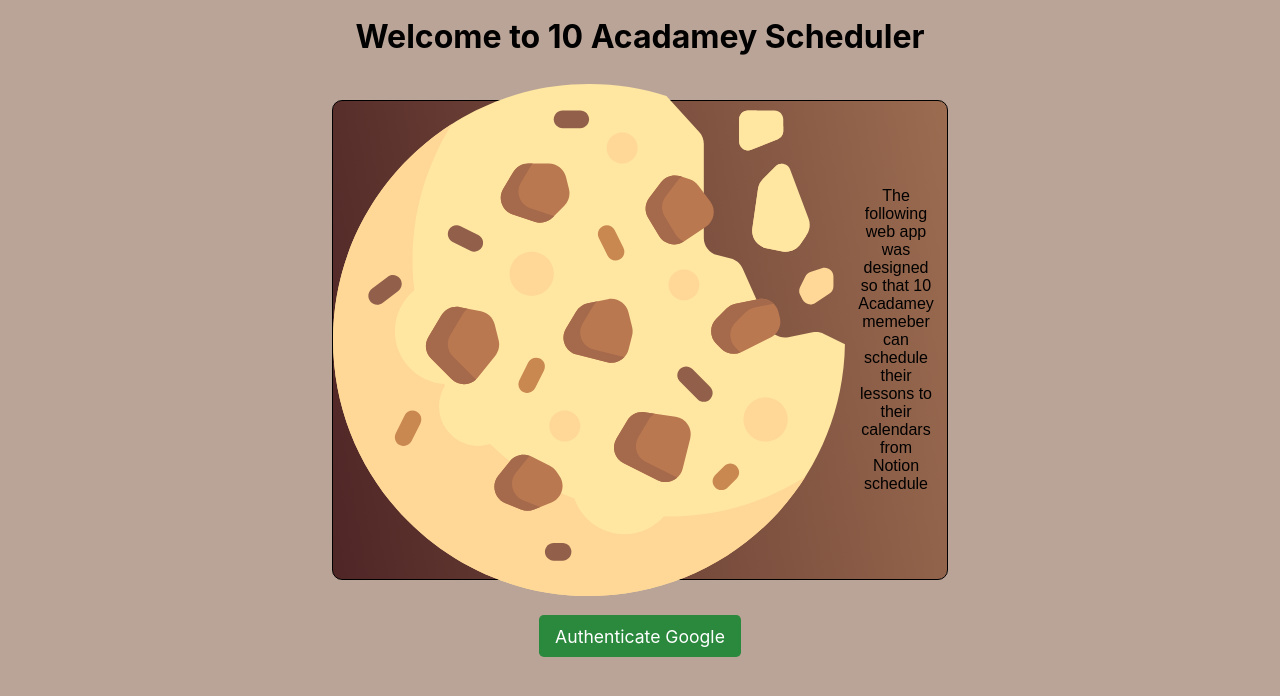
Repository: nebilarega/calendar-extractor
Page: / (app in frontend/)
An editor plug-in stored every save of this project. The page is shown before and after the next save, followed by the edit.
The browser window is 1280 px wide. The pictures show the whole page.
The project was rebuilt for these pictures with package versions that can differ from the ones it lists, and the page was loaded fresh each time.

Above is the page before, as saved 2022-08-24 23:52:51.

### frontend/src/App.js
import "./App.css";
import { GoogleOAuthProvider } from "@react-oauth/google";
import { GoogleLogin } from "@react-oauth/google";
import { useState } from "react";
import axios from "axios";

import LandingPage from "./component/LandingPage";

const sampleData = {
  submmary: "Nebil this is a new event",
  description: "A chance to hear more about Google's developer products.",
  location: "800 Howard St., San Francisco, CA 94103",
  start: "August 23, 2022 8:00 AM UTC",
  end: "August 23, 2022 9:00 AM UTC",
  hangoutLink: "meet.google.com/ysb-kjdn-hpp",
};
const App = () => {
  let url;
  const [disabled, setDisabled] = useState(false);
  const responseGoogle = (response) => {
    const code = response;
    axios
      .post("/api/create-tokens", code)
      .then((response) => {
        console.log("response", response.data);
      })
      .catch((error) => {
        console.log(error);
      });
  };
  const responseError = (response) => {
    console.log(response);
  };
  const getUrl = () => {
    axios.get("/api/create-token-v2").then((response) => {
      url = response.data.url;
      if (url) {
        setDisabled(true);
      }
      window.open(url, "_blank");
    });
  };
  const handleClick = () => {
    axios.post("/api/create-events", sampleData).then((response) => {
      console.log("response", response.data);
    });
  };
  return (
    <div className="App" style={{ height: "100vh" }}>
      <LandingPage
        disabled={disabled}
        getUrl={getUrl}
        handleClick={handleClick}
      ></LandingPage>
    </div>
  );
};

export default App;

### frontend/src/App.css
.App {
  text-align: center;
}

.App-logo {
  height: 40vmin;
  pointer-events: none;
}

@media (prefers-reduced-motion: no-preference) {
  .App-logo {
    animation: App-logo-spin infinite 20s linear;
  }
}

.App-header {
  background-color: #282c34;
  min-height: 100vh;
  display: flex;
  flex-direction: column;
  align-items: center;
  justify-content: center;
  font-size: calc(10px + 2vmin);
  color: white;
}

.App-link {
  color: #61dafb;
}

@keyframes App-logo-spin {
  from {
    transform: rotate(0deg);
  }
  to {
    transform: rotate(360deg);
  }
}
.center {
  display: flex;
  justify-content: center;
  align-items: center;
}
.academy {
  width: 100%;
  height: 50vh;
  border-radius: 10px;
  display: flex;
  flex-direction: column;
  justify-content: space-between;
  align-items: center;
  /* margin-left: 10%; */
  /* margin-right: 10%; */
}
.academy-calendar {
  margin-top: 20%;
  font-size: 30px;
}

### frontend/src/component/LandingPage.js
import "../css/landing.css";

const LandingPage = ({ disabled, handleClick, getUrl }) => {
  return (
    <div className="main">
      <header className="header">
        <span className="title"> Welcome to 10 Acadamey Scheduler</span>
      </header>
      <main className="body">
        <div className="card">
          <div className="cookie__container">
            <svg
              width="512"
              height="512"
              viewBox="0 0 512 512"
              fill="none"
              xmlns="http://www.w3.org/2000/svg"
            >
              <g id="cookies-svgrepo-com 1" clip-path="url(#clip0_1_4)">
                <g id="crumbs">
                  <g id="Group">
                    <path
                      id="Vector"
                      d="M469.253 151.699L453.086 148.466C443.898 146.628 437.746 137.932 439.071 128.657L444.704 89.224C445.207 85.707 446.847 82.495 449.233 79.881C446.837 79.76 444.377 80.531 442.464 82.443L429.991 94.915C427.29 97.616 425.537 101.121 424.998 104.902L419.365 144.335C418.04 153.612 424.193 162.307 433.38 164.144L449.547 167.377C456.562 168.779 463.731 165.811 467.7 159.858L473.019 151.88C471.767 151.905 470.514 151.952 469.253 151.699Z"
                      fill="#FFD796"
                    />
                    <path
                      id="Vector_2"
                      d="M435.885 48.122C430.086 50.441 423.779 46.171 423.779 39.926V26.482H414.951C410.076 26.482 406.123 30.435 406.123 35.31V57.582C406.123 63.828 412.43 68.098 418.229 65.778L444.712 55.185C448.063 53.844 450.261 50.599 450.261 46.989V42.372L435.885 48.122Z"
                      fill="#FFD796"
                    />
                    <path
                      id="Vector_3"
                      d="M472.318 192.523L467.1 202.959C465.858 205.444 465.858 208.369 467.1 210.854L469.481 215.618C471.856 220.367 477.855 221.961 482.273 219.016L496.504 209.529C498.96 207.891 500.435 205.135 500.435 202.184V192.673C500.435 186.648 494.532 182.393 488.816 184.299L477.421 188.097C475.201 188.836 473.365 190.428 472.318 192.523Z"
                      fill="#FFD796"
                    />
                  </g>
                  <g id="Group_2">
                    <path
                      id="Vector_4"
                      d="M406.124 35.31V57.582C406.124 63.828 412.431 68.098 418.23 65.778L444.713 55.185C448.064 53.844 450.262 50.598 450.262 46.989V35.31C450.262 30.435 446.309 26.482 441.434 26.482H414.951C410.077 26.482 406.124 30.435 406.124 35.31Z"
                      fill="#FFE6A1"
                    />
                    <path
                      id="Vector_5"
                      d="M424.997 104.904L419.364 144.338C418.039 153.614 424.192 162.31 433.379 164.147L449.546 167.38C456.562 168.784 463.73 165.814 467.699 159.861L473.779 150.741C476.928 146.016 477.614 140.065 475.62 134.749L457.203 85.638C454.912 79.53 447.077 77.833 442.464 82.446L429.992 94.917C427.29 97.618 425.538 101.123 424.997 104.904Z"
                      fill="#FFE6A1"
                    />
                  </g>
                </g>
                <g id="cookie">
                  <path
                    id="Vector_6"
                    d="M479.632 248.36L455.291 253.228C447.191 254.848 439.05 250.635 435.695 243.086L409.622 184.42C407.415 179.453 403.043 175.781 397.771 174.462L384.188 171.067C376.328 169.102 370.815 162.041 370.815 153.939V59.803C370.815 55.404 369.172 51.163 366.209 47.911L333.415 11.925C303.848 2.562 271.976 -1.615 238.84 0.567C111.485 8.957 8.31599 112.557 0.544988 239.95C-8.52201 388.608 109.356 512 256.055 512C395.978 512 509.609 399.725 511.945 260.359L490.991 249.882C487.479 248.125 483.482 247.59 479.632 248.36Z"
                    fill="#FFE6A1"
                  />
                  <g id="Group_3">
                    <path
                      id="Vector_7"
                      d="M335.503 432.551C333.949 432.551 332.418 432.462 330.871 432.434C321.171 443.315 307.089 450.206 291.365 450.206C268.205 450.206 248.569 435.316 241.372 414.608C209.693 402.071 181.119 383.419 157.105 360.071C153.472 361.166 149.699 361.93 145.709 361.93C123.77 361.93 105.985 344.145 105.985 322.206C105.985 314.544 108.257 307.453 112.015 301.385C111.746 300.904 111.459 300.437 111.192 299.954C83.637 298.086 61.848 275.201 61.848 247.172C61.848 230.653 69.414 215.908 81.265 206.194C80.142 196.463 79.503 186.585 79.503 176.551C79.503 126.202 94.097 79.289 119.2 39.697C47.614 85.085 0.0549927 164.964 0.0549927 256C0.0549927 397.385 114.67 512 256.055 512C347.091 512 426.969 464.441 472.358 392.855C432.766 417.958 385.853 432.551 335.503 432.551Z"
                      fill="#FFD796"
                    />
                    <path
                      id="Vector_8"
                      d="M198.676 211.862C210.864 211.862 220.745 201.981 220.745 189.793C220.745 177.605 210.864 167.724 198.676 167.724C186.488 167.724 176.607 177.605 176.607 189.793C176.607 201.981 186.488 211.862 198.676 211.862Z"
                      fill="#FFD796"
                    />
                    <path
                      id="Vector_9"
                      d="M432.607 357.517C444.795 357.517 454.676 347.636 454.676 335.448C454.676 323.26 444.795 313.379 432.607 313.379C420.419 313.379 410.538 323.26 410.538 335.448C410.538 347.636 420.419 357.517 432.607 357.517Z"
                      fill="#FFD796"
                    />
                    <path
                      id="Vector_10"
                      d="M231.779 357.517C240.311 357.517 247.227 350.601 247.227 342.069C247.227 333.537 240.311 326.621 231.779 326.621C223.247 326.621 216.331 333.537 216.331 342.069C216.331 350.601 223.247 357.517 231.779 357.517Z"
                      fill="#FFD796"
                    />
                    <path
                      id="Vector_11"
                      d="M350.952 216.275C359.484 216.275 366.4 209.359 366.4 200.827C366.4 192.295 359.484 185.379 350.952 185.379C342.42 185.379 335.504 192.295 335.504 200.827C335.504 209.359 342.42 216.275 350.952 216.275Z"
                      fill="#FFD796"
                    />
                    <path
                      id="Vector_12"
                      d="M289.159 79.448C297.691 79.448 304.607 72.5317 304.607 64C304.607 55.4683 297.691 48.552 289.159 48.552C280.627 48.552 273.711 55.4683 273.711 64C273.711 72.5317 280.627 79.448 289.159 79.448Z"
                      fill="#FFD796"
                    />
                  </g>
                  <g id="Group_4">
                    <path
                      id="Vector_13"
                      d="M243.209 227.386L233.004 244.395C226.904 254.561 232.36 267.731 243.861 270.606L274.237 278.2C283.697 280.565 293.283 274.814 295.647 265.354L299.122 251.454C299.825 248.642 299.825 245.702 299.122 242.89L295.448 228.193C293.163 219.05 284.099 213.314 274.858 215.162L254.886 219.156C250.008 220.133 245.769 223.121 243.209 227.386Z"
                      fill="#B97850"
                    />
                    <path
                      id="Vector_14"
                      d="M294.162 336.673L283.519 354.411C278.228 363.23 281.564 374.687 290.762 379.286L324.644 396.227C334.746 401.279 346.928 395.675 349.668 384.718L353.158 370.758L357.237 354.439C359.776 344.283 352.97 334.16 342.605 332.679L311.796 328.277C304.766 327.273 297.816 330.582 294.162 336.673Z"
                      fill="#B97850"
                    />
                    <path
                      id="Vector_15"
                      d="M108.413 231.358L95.424 253.007C91.256 259.954 92.351 268.846 98.079 274.575L118.521 295.018C125.962 302.459 138.218 301.78 144.792 293.563L162.317 271.656C165.759 267.354 166.995 261.691 165.658 256.345L161.661 240.357C160.006 233.737 154.686 228.665 147.996 227.326L127.014 223.13C119.698 221.666 112.252 224.96 108.413 231.358Z"
                      fill="#B97850"
                    />
                    <path
                      id="Vector_16"
                      d="M180.291 88.019L170.275 104.713C164.464 114.398 169.116 126.974 179.831 130.546L201.566 137.791C207.91 139.905 214.904 138.254 219.633 133.526L231.332 121.827C235.717 117.442 237.48 111.077 235.976 105.061L232.916 92.822C230.951 84.961 223.889 79.447 215.787 79.447H195.429C189.229 79.448 183.482 82.702 180.291 88.019Z"
                      fill="#B97850"
                    />
                    <path
                      id="Vector_17"
                      d="M393.516 224.47L383.297 234.689C376.403 241.583 376.403 252.762 383.297 259.657L388.298 264.658C393.672 270.032 401.88 271.364 408.678 267.965L437.595 253.507C444.996 249.806 448.835 241.462 446.828 233.434L445.518 228.195C443.233 219.052 434.169 213.316 424.928 215.164L402.539 219.642C399.12 220.324 395.981 222.005 393.516 224.47Z"
                      fill="#B97850"
                    />
                    <path
                      id="Vector_18"
                      d="M327.869 98.456L316.144 114.09C311.837 119.832 311.436 127.612 315.129 133.767L325.978 151.848C331.164 160.492 342.523 163.046 350.91 157.455L372.94 142.768C381.374 137.146 383.352 125.593 377.271 117.485L365.295 101.517C363.14 98.644 360.161 96.496 356.754 95.361L347.576 92.301C340.366 89.896 332.428 92.376 327.869 98.456Z"
                      fill="#B97850"
                    />
                    <path
                      id="Vector_19"
                      d="M176.789 377.385L165.261 391.795C157.86 401.046 161.491 414.816 172.491 419.217L187.976 425.411C192.186 427.095 196.881 427.095 201.09 425.411L218.468 418.459C228.88 414.295 232.822 401.604 226.602 392.273L223.617 387.796C221.912 385.239 219.571 383.173 216.823 381.798L198.473 372.623C191.024 368.9 181.989 370.885 176.789 377.385Z"
                      fill="#B97850"
                    />
                  </g>
                  <g id="Group_5">
                    <path
                      id="Vector_20"
                      d="M140.428 292.921L119.986 272.479C114.258 266.751 113.162 257.858 117.331 250.912L130.32 229.263C131.428 227.417 132.892 225.918 134.511 224.63L127.015 223.132C119.699 221.669 112.252 224.963 108.413 231.36L95.424 253.009C91.256 259.956 92.351 268.848 98.079 274.577L118.521 295.019C125.418 301.916 136.396 301.75 143.206 295.158C142.23 294.511 141.29 293.784 140.428 292.921Z"
                      fill="#A5694B"
                    />
                    <path
                      id="Vector_21"
                      d="M219.248 131.506L197.513 124.262C186.799 120.69 182.145 108.114 187.957 98.429L197.973 81.735C198.482 80.885 199.155 80.186 199.786 79.448H195.428C189.227 79.448 183.48 82.702 180.289 88.02L170.273 104.713C164.461 114.398 169.113 126.974 179.829 130.546L201.564 137.791C207.908 139.905 214.902 138.254 219.631 133.526L221.276 131.881C220.6 131.741 219.914 131.728 219.248 131.506Z"
                      fill="#A5694B"
                    />
                    <path
                      id="Vector_22"
                      d="M290.988 273.124L260.612 265.53C249.11 262.654 243.654 249.485 249.755 239.319L259.96 222.31C261.175 220.285 262.789 218.576 264.65 217.205L254.886 219.158C250.009 220.133 245.768 223.122 243.209 227.388L233.004 244.397C226.904 254.563 232.36 267.733 243.861 270.608L274.237 278.202C280.636 279.802 287.036 277.63 291.275 273.167C291.179 273.143 291.084 273.148 290.988 273.124Z"
                      fill="#A5694B"
                    />
                    <path
                      id="Vector_23"
                      d="M342.469 150.321L331.62 132.24C327.927 126.085 328.328 118.307 332.635 112.563L344.36 96.93C345.644 95.217 347.238 93.875 348.966 92.762L347.575 92.299C340.365 89.896 332.427 92.376 327.867 98.455L316.143 114.088C311.836 119.831 311.435 127.61 315.128 133.765L325.977 151.846C331.146 160.461 342.443 163.016 350.821 157.499C347.464 156.102 344.492 153.692 342.469 150.321Z"
                      fill="#A5694B"
                    />
                    <path
                      id="Vector_24"
                      d="M402.467 263.482C395.572 256.587 395.572 245.409 402.467 238.514L412.686 228.295C415.15 225.831 418.289 224.15 421.708 223.467L440.553 219.698C436.521 215.866 430.764 213.995 424.927 215.163L402.538 219.641C399.12 220.325 395.981 222.005 393.516 224.469L383.297 234.688C376.403 241.583 376.403 252.761 383.297 259.656L388.298 264.657C393.339 269.698 400.839 271.019 407.363 268.38L402.467 263.482Z"
                      fill="#A5694B"
                    />
                    <path
                      id="Vector_25"
                      d="M312.633 377.805C303.435 373.206 300.098 361.749 305.39 352.93L316.033 335.193C317.429 332.868 319.402 331.105 321.578 329.676L311.798 328.279C304.766 327.274 297.817 330.582 294.163 336.673L283.52 354.411C278.229 363.23 281.565 374.687 290.763 379.286L324.645 396.227C331.398 399.604 339.019 398.146 344.188 393.584L312.633 377.805Z"
                      fill="#A5694B"
                    />
                    <path
                      id="Vector_26"
                      d="M205.631 422.46L190.146 416.266C179.147 411.867 175.516 398.095 182.916 388.844L194.444 374.434C195.176 373.519 195.998 372.719 196.866 371.987C189.76 369.266 181.624 371.34 176.789 377.385L165.261 391.795C157.86 401.046 161.491 414.816 172.491 419.217L187.976 425.411C192.186 427.095 196.881 427.095 201.09 425.411L207.267 422.94C206.72 422.781 206.163 422.673 205.631 422.46Z"
                      fill="#A5694B"
                    />
                  </g>
                  <path
                    id="Vector_27"
                    d="M70.665 361.922C69.342 361.922 67.992 361.621 66.726 360.991C62.364 358.81 60.596 353.509 62.778 349.147L71.606 331.492C73.788 327.13 79.076 325.38 83.45 327.544C87.812 329.726 89.58 335.026 87.398 339.388L78.57 357.043C77.023 360.137 73.907 361.922 70.665 361.922Z"
                    fill="#C98850"
                  />
                  <path
                    id="Vector_28"
                    d="M229.572 476.689H220.744C215.869 476.689 211.916 472.741 211.916 467.861C211.916 462.982 215.869 459.033 220.744 459.033H229.572C234.447 459.033 238.4 462.981 238.4 467.861C238.4 472.741 234.447 476.689 229.572 476.689Z"
                    fill="#925F4A"
                  />
                  <path
                    id="Vector_29"
                    d="M194.253 308.965C192.93 308.965 191.58 308.664 190.314 308.034C185.952 305.852 184.184 300.551 186.366 296.19L195.194 278.535C197.371 274.182 202.66 272.423 207.038 274.587C211.4 276.769 213.168 282.069 210.986 286.431L202.158 304.086C200.611 307.181 197.494 308.965 194.253 308.965Z"
                    fill="#C98850"
                  />
                  <g id="Group_6">
                    <path
                      id="Vector_30"
                      d="M141.288 167.724C139.965 167.724 138.615 167.423 137.349 166.793L119.694 157.965C115.332 155.783 113.564 150.483 115.746 146.121C117.923 141.768 123.216 140 127.59 142.173L145.245 151C149.607 153.182 151.375 158.482 149.193 162.844C147.646 165.939 144.529 167.724 141.288 167.724Z"
                      fill="#925F4A"
                    />
                    <path
                      id="Vector_31"
                      d="M247.228 44.137H229.573C224.698 44.137 220.745 40.189 220.745 35.309C220.745 30.429 224.698 26.481 229.573 26.481H247.228C252.103 26.481 256.056 30.429 256.056 35.309C256.056 40.189 252.103 44.137 247.228 44.137Z"
                      fill="#925F4A"
                    />
                  </g>
                  <path
                    id="Vector_32"
                    d="M282.547 176.551C279.305 176.551 276.189 174.767 274.642 171.672L265.814 154.017C263.632 149.655 265.4 144.353 269.762 142.173C274.133 140 279.43 141.768 281.606 146.121L290.434 163.776C292.616 168.138 290.848 173.44 286.486 175.62C285.218 176.25 283.87 176.551 282.547 176.551Z"
                    fill="#C98850"
                  />
                  <g id="Group_7">
                    <path
                      id="Vector_33"
                      d="M40.286 219.777C39.099 219.192 38.022 218.325 37.163 217.2C34.213 213.316 34.972 207.779 38.857 204.83L54.579 192.894C58.46 189.943 63.993 190.709 66.949 194.588C69.899 198.472 69.14 204.009 65.255 206.958L49.534 218.893C46.777 220.985 43.193 221.209 40.286 219.777Z"
                      fill="#925F4A"
                    />
                    <path
                      id="Vector_34"
                      d="M370.814 317.793C368.555 317.793 366.296 316.931 364.573 315.207L346.918 297.552C343.47 294.104 343.47 288.517 346.918 285.069C350.366 281.621 355.953 281.621 359.401 285.069L377.056 302.724C380.504 306.172 380.504 311.759 377.056 315.207C375.331 316.931 373.072 317.793 370.814 317.793Z"
                      fill="#925F4A"
                    />
                  </g>
                  <path
                    id="Vector_35"
                    d="M388.469 406.069C386.21 406.069 383.951 405.207 382.228 403.483C378.78 400.035 378.78 394.448 382.228 391L391.056 382.172C394.504 378.724 400.091 378.724 403.539 382.172C406.987 385.62 406.987 391.207 403.539 394.655L394.711 403.483C392.986 405.207 390.728 406.069 388.469 406.069Z"
                    fill="#C98850"
                  />
                </g>
              </g>
              <defs>
                <clipPath id="clip0_1_4">
                  <rect width="512" height="512" fill="white" />
                </clipPath>
              </defs>
            </svg>
          </div>
          <div className="text__container">
            <p>
              The following web app was designed so that 10 Acadamey memeber can
              schedule their lessons to their calendars from Notion schedule
            </p>
          </div>
        </div>
        <div className="footer">
          {!disabled ? (
            <div>
              <button className="google__api" onClick={getUrl}>
                Authenticate Google
              </button>
            </div>
          ) : (
            <div>
              <button className="post__event" onClick={handleClick}>
                Post Event
              </button>
            </div>
          )}
        </div>
      </main>
    </div>
  );
};

export default LandingPage;

### frontend/src/css/landing.css
/* Box sizing rules */
*,
*::before,
*::after {
  box-sizing: border-box;
}

/* Remove default margin */
body,
h1,
h2,
h3,
h4,
p,
figure,
blockquote,
dl,
dd {
  margin: 0;
}

/* Remove list styles on ul, ol elements with a list role, which suggests default styling will be removed */
ul[role="list"],
ol[role="list"] {
  list-style: none;
}

/* Set core root defaults */
html:focus-within {
  scroll-behavior: smooth;
}

/* A elements that don't have a class get default styles */
a:not([class]) {
  text-decoration-skip-ink: auto;
}

/* Make images easier to work with */
img,
picture {
  max-width: 100%;
  display: block;
}

/* Inherit fonts for inputs and buttons */
input,
button,
textarea,
select {
  font: inherit;
}

/* The remaining page */
.main {
  width: 100%;
  height: 100%;
  background-color: #baa497;
}
.header {
  width: 100%;
  height: 10vh;
  background-image: linear-gradient();
  background-color: "cyan";
  display: flex;
  justify-content: center;
  align-items: center;
}
.title {
  font-size: 2rem;
  font-weight: bold;
  color: "yellow";
}
.body {
  width: 100%;
  height: 90vh;
  padding: 1.5rem;
  background-color: "gray";
  display: flex;
  flex-direction: column;
  justify-content: center;
  align-items: center;
}
.card {
  width: 50%;
  height: 80%;
  border: 0.5px solid black;
  display: flex;
  border-radius: 10px;
  justify-content: center;
  align-items: center;
  background-image: linear-gradient(260deg, #9b6c50 0%, #4f2626 100%);
}
button {
  margin: 2.2rem;
  height: 2.6rem;
  padding-left: 1rem;
  padding-right: 1rem;
  font-size: 1.1rem;
  border-radius: 0.3rem;
  border: none;
  background-color: #2b893e;
  color: white;
}
button:focus {
  outline: none;
}
button:hover {
  background-color: #3dc959;
  cursor: pointer;
}
.cookie__container {
  /*   padding: 20px; */
  display: flex;
  justify-content: center;
  align-items: center;
  height: 100%;
}
.text__container {
  justify-content: center;
  align-items: center;
  padding: 10px;
  font-family: "Poppins", sans-serif;
}
.svg {
  width: 50%;
}

Loaded but not shown: frontend/public/index.html (common file); frontend/src/index.js (common file); frontend/src/index.css (common file)

After the next save:
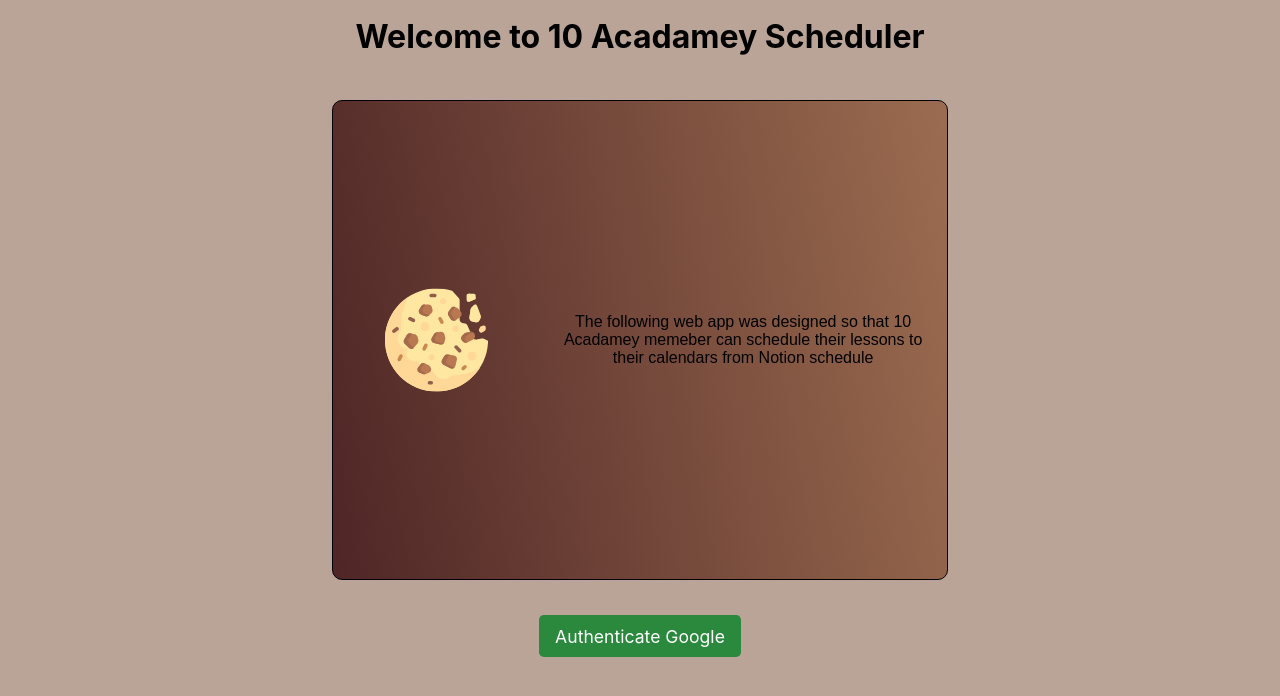
Saved 10 s later.
--- a/frontend/src/css/landing.css
+++ b/frontend/src/css/landing.css
@@ -121,6 +121,6 @@
   padding: 10px;
   font-family: "Poppins", sans-serif;
 }
-.svg {
+svg {
   width: 50%;
 }
